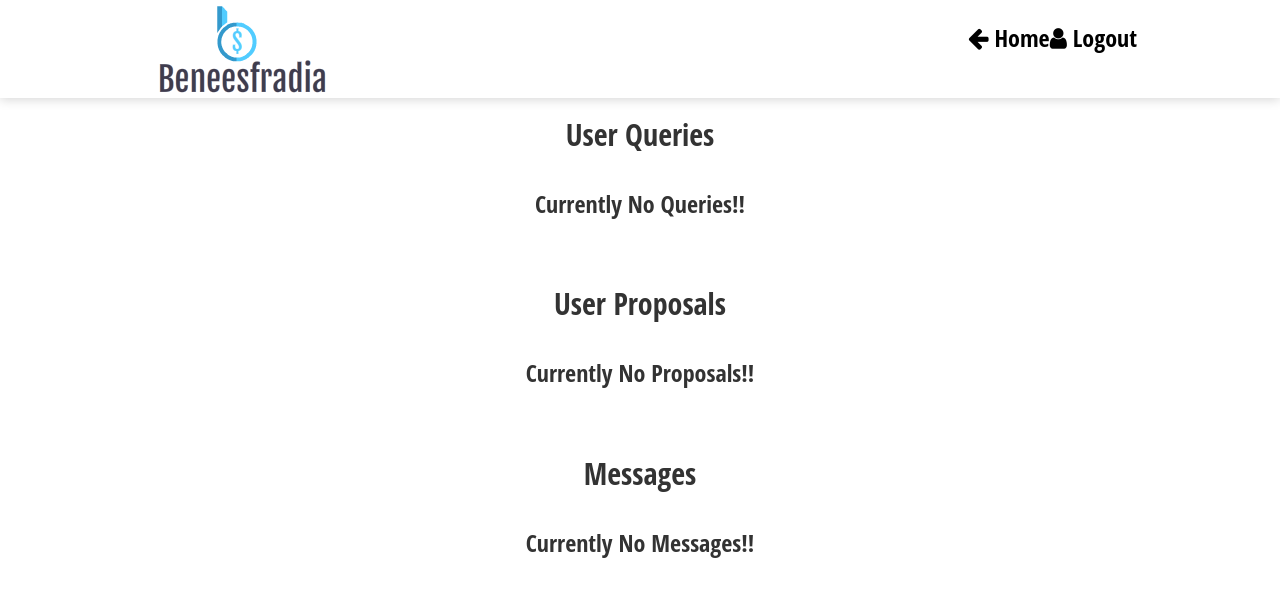
Repository: intkhabahmed/AcceleratedBootcampWebsites
Page: http://localhost/BeneesFradia/UI/profile.jsp
The author's editor kept a copy of each file at every save. The page is drawn from the files as they stood at one save, then again after the next save.
The browser window is 1280 px wide. The pictures show the whole page.
Some web fonts or font styles are not loaded; a fallback is used. The page is served by Tomcat 9. Nobody is signed in. The application's start-up code is not run. Other server files are loaded and not shown. The template is opened directly, without the code that normally fills it, so the values that code supplies are empty.

Above is the page before, as saved 2018-01-30 06:08:15.

### BeneesFradia/WebContent/UI/profile.jsp
<%@ page language="java" contentType="text/html; charset=ISO-8859-1"
    pageEncoding="ISO-8859-1"%>
<%@taglib uri="http://java.sun.com/jsp/jstl/core" prefix="c" %>
<%@taglib uri="http://java.sun.com/jstl/fmt" prefix="fmt" %>
<!DOCTYPE html PUBLIC "-//W3C//DTD HTML 4.01 Transitional//EN" "http://www.w3.org/TR/html4/loose.dtd">
<html>
<head>
	<meta http-equiv="Content-Type" content="text/html; charset=ISO-8859-1">
	<title>MyProfile</title>
	<meta name="viewport" content="width=device-width, initial-scale=1.0">
	<link rel="stylesheet" type="text/css" href="css/bootstrap.min.css">
	<link rel="stylesheet" type="text/css" href="css/font-awesome.min.css">
	<link rel="stylesheet" type="text/css" href="css/custom.css">
	<link href='https://fonts.googleapis.com/css?family=Open Sans Condensed:300' rel='stylesheet'>
</head>
<body>
	<div id="profile_logo_container">
		<div class="container">
			<div class="col-sm-6">
				<a id="profileLogo" href="index.html"><img src="images/logo.png" alt="BeneesFradia"></a>
			</div>
			<div class="col-sm-6">
				<ul class="nav navbar-nav navbar-right">
					<li><h3><a href="index.html" ><i class="fa fa-arrow-left"></i> Home</a></h3></li>
					<li><h3><a href="logout.html" ><i class="fa fa-user"></i> Logout</a></h3></li>
				</ul>
			</div>
		</div>
	</div>

<div class="container">
	<div class="row" id="QuerySection">
		<h2 align="center">User Queries</h2>
		<hr>
		<c:if test="${queries ne null}">
			<table class="table table-bordered">
			<tr>
				<th>Sender Name</th>
				<th>Query</th>
				<th>Query Date</th>
				<th>Answer</th>
			</tr>

			<c:forEach items="${queries}" var="q">
				<tr>
					<td>${q.sender}</td>
					<td>${q.query}</td>
					<td>${q.queryDate}</td>
					<td>
					<c:if test="${q.reply eq null }">
						<form action="replyQuery.html" method="post" id="queryReply_form">
							<div class="form-group">
								<input type="hidden" name="queryId" value="${q.queryId}" />
								<textarea class="form-control" rows="5" placeholder="Enter the answer here" name="reply"></textarea>
								<input type="submit" name="querySubmit_btn" class="form-control btn btn-info" />
							</div>
						</form>
					</c:if>
					<c:if test="${q.reply ne ''}">
						<span>${q.reply}</span>
					</c:if>
					</td>
				</tr>
			</c:forEach>
		</table>
		</c:if>
		<c:if test="${queries eq null}">
			<h3 class="text-center">Currently No Queries!!</h3>
		</c:if>
	</div>
	<hr>
	<div class="row" id="ProposalSection">
		<h2 class="text-center">User Proposals</h2>
		<hr>
		<c:if test="${proposals ne null}">
		<table class="table table-bordered">
			<tr>
				<th>Submitted By</th>
				<th>Proposal File Name</th>
				<th>Proposal Date</th>
				<th>Action</th>
			</tr>
			<c:forEach items="${proposals}" var="proposal">
				<tr>
					<td>${proposal.teamName}</td>
					<td>${proposal.fileName}</td>
					<td>${proposal.proposalDate}</td>
					<td><a href="downloadProposal.html?proposalId=${proposal.proposalId}" target="_blank"
					class="btn btn-info">Download</a></td>
				</tr>
			</c:forEach>
		</table>
		</c:if>
		<c:if test="${proposals eq null}">
			<h3 class="text-center">Currently No Proposals!!</h3>
		</c:if>
	</div>
	<hr>
	<div class="row" id="MessageSection">
		<h2 class="text-center">Messages</h2>
		<hr>
		<c:if test="${messages ne null}">
		<table class="table table-bordered">
			<tr>
				<th>Sent to</th>
				<th>Sent on</th>
				<th>Message</th>
			</tr>
			<c:forEach items="${messages}" var="message">
				<tr>
					<td>${message.receiver}</td>
					<td>${message.messageDate}</td>
					<td>${message.message}</td>
				</tr>
			</c:forEach>
		</table>
		</c:if>
		<c:if test="${messages eq null}">
			<h3 class="text-center">Currently No Messages!!</h3>
		</c:if>
	</div>
</div>
<c:if test="${successMessage ne null}">
<%-- 	<div class="alert alert-success" role="alert">"${successMessage}"</div> --%>
	<script>
		alert("${successMessage}");
	</script>
</c:if>
<script type="text/javascript" src="js/jquery-3.1.0.min.js"></script>
<script type="text/javascript" src="js/bootstrap.min.js"></script>
<script type="text/javascript" src="js/custom.js"></script>
</body>
</html>

### BeneesFradia/WebContent/css/custom.css
/****************************Common CSS**************************/
.padding-10x{
	padding: 10px;
}
.padding-5x{
	padding: 5px;
}
.padding-20x{
	padding: 20px;
}

.center{
	display: block;
	margin: 0 auto;
}
.no-margin {
	margin: 0;
}
.error {
	color: red;
}
#errorBlock{
	position: absolute;
	top: 15%;
	width: 100%;
}
body {
	font-family: Open Sans Condensed !important;
	font-size: 20px !important;
}
.dropdown-menu {
	font-size: 18px;
    background-color: #000;
    opacity: 0.7;
    border: 1px solid #ccc;
    border: 1px solid rgba(0,0,0,.15);
    border-radius: 0px;
    top: 110%;
}

.dropdown-menu li a:hover {
	color: #51ccf9;
	background: #000000;
	opacity: 1;
}
.dropdown> a{
	max-height: 36px;
}

input, button, .form-control, .btn {
	border-radius: 0px !important;
}

/***********************Index Page*********************************/
hr {
	border-top: none;
}
#home {
	padding-top: 94px;
}
#formContainer {
	border-radius: 15px;
	padding: 10px;
	z-index: 1;
}

#login_btn_cover {
	padding: 3px;
}

#homeBannerImage{
	min-height: 370px;
	z-index: 1;
}

@media screen and (min-width: 991px){
	.dropdown-menu li a{
		color: #ffffff;
	}
	.navbar-custom-fitting {
		width: 100%;
	}
	.container {
		max-width: 1024px;
	}

	.navbar-brand {
		padding: 10px !important;
		height: auto;
	}
	#main-nav {
		margin-top: 39px;
		height: 53px;
		padding-top: 30px;
	}
	nav> .container {
		height: 70px;
	}

	.carousel {
		width: 100%;

	}
	.carousel-inner>.item>img {
		width: 100%;
	}
	#loginWindow {
		width: 30vw;
		left: 35vw;
	}
	#uploadWindow {
		width: 40vw;
		left: 30vw;
	}
}

@media screen and (min-width: 768px) and (max-width: 990px){
	#main-nav {
		height: 40px;
		padding-top: 40px;
		margin-top: 30px;
	}

	.navbar-custom-fitting {
		width: 100%;
	}
	.navbar-brand {
		padding: 10px !important;
    	height: auto;
	}
	#login_button {
		margin-bottom: 2px;
		margin-left: 5px;
	}
	nav> .container {
		height: 92px;
	}
	.carousel {
		width: 100%;
		height: 60vh;
	}
	.carousel-inner>.item>img {
		width: 100%;
		height: 60vh;
	}
	.container {
		max-width: 100%;
		width: 100%;
	}
	#loginWindow {
		width: 40vw;
		left: 35vw;
	}
	#uploadWindow {
		left: 30vw;
		width: 40vw;
	}
}

@media screen and (max-width: 767px){
	nav> .container {
		padding: 2px;
		width: 100%;
		height: auto;
	}

	.navbar-custom-fitting {
		width: 100%;
	}
	.navbar-brand {
		padding: 0px 25px !important;
	}
	.navbar-header {
		height: 90px;
	}
	#main-nav {
		margin-top: 39px;
		background-color: #ffffff;
   	 	padding: 15px;

	}
	#login_button {
		margin: 5px 15px;
		cursor: pointer;
	}
	.carousel {
		width: 100%;
		height: 50vh;
		margin: 0 auto;
	}
	.carousel-inner>.item>img {
		width: 100%;
		height: 50vh;
	}
	.container {
		max-width: 100%;
		width: 100%;
	}
	#loginWindow {
		width: 100%;
	}
	#uploadWindow {
		width: 100%;
	}
	#shortcut_links .col-sm-4 img {
		display: block;
		margin: 5px auto;
		width: 100%;
	}
	.navbar-toggle {
		margin-top: 30px;
    	margin-right: 45px;
	}
}

.navbar-nav {
	font-size: 26px !important;
}

#login_button {
	cursor: pointer;
	margin-left: 5px;
}

.navbar-nav> .active a {
	border-bottom: 2px solid #00b1d7 ;
	color: #3399cc !important;
	background-color: transparent !important;
}

.navbar {
	border-radius: 0px;
}

.navbar-custom {
	background: #FFFFFF;
}

.navbar-nav a {
	transition: all 0.5s ease-in-out;
}

.contact-form-fields input {
	margin: 3px 0;

}

.navbar-nav a{
	color: #000000;
}

.navbar-custom-fitting {
	position: fixed;
	top: 0;
	z-index: 1030;
	box-shadow: -1px 1px 11px 0px #d2d2d2;
}

.navbar-nav>li>a {
	padding: 8px 15px !important;
}

/***********************UserProfile Page*********************************/
.navbar-toggle>.icon-bar {
	background-color: #000000;
}
.navbar-toggle {
	border-color: #000000;
}
.navbar-toggle:hover {
	border-color: #333333;
	background-color: #eeeeee;
}

/***********************Footer******************************************/
/*#footer{
	padding: 5px;
	width: 100%;
	background: #000;
	color: #fff;
	position: fixed;
	bottom: 0;
	min-height: 60px;
}*/

#footer footer{
	margin-top: 30px;
}

/***********************Error Page*********************************/
#errorBlock{
	position: absolute;
	top: 15%;
	width: 100%;
}

/***********************Login Modal View*********************************/
.overlay {
	position: fixed;
	top: 0;
	left: 0;
	width: 100%;
	opacity: 0.7;
	min-height: 100%;
	display: none;
	background-color: #000000;
	z-index: 1031;
	cursor: pointer;
}
#loginWindow {
	position: fixed;
	top: 25vh;
	z-index: 1032;
	opacity: 1;
	display: none;
	color: #ffffff;
	background-color: #00b1d7;
	padding: 10px;
}
#loginWindow a {
	color: #262525;
}

#uploadWindow {
	position: fixed;
	top: 25vh;
	z-index: 1032;
	opacity: 1;
	display: none;
	color: #ffffff;
	background-color: #00b1d7;
	padding: 10px;
}
#login_form input, #upload_form input, #queryReply_form input{
	margin: 10px 0;

}

textarea {
    resize: none;
}

#left-control-button, #right-control-button {
	padding-bottom: 5px;
	background-color: #ffffff;
	color: #000000;
}

#aboutus {
	padding: 10px;
	color: #262525;
}

#aboutus h2{
	color: #3399cc;
}
.carousel-control {
	top: 50%;
}
.carousel-control.left, .carousel-control.right {
	background-image: none;
	height: 10px
}

#downarrow {
	position: absolute;
	bottom: 40px;
	left: 50%;
	z-index: 1;
}


#contactus {
	background: url('../images/contactbg.png');
	color: #ffffff;
	width: 100%;
	padding: 10px;
}
#contactus form select, #contactus form textarea{
	background: transparent;
	color: #ffffff;
}
select option {
	background: transparent;
	color: #333333;
}
#contactus form .form-control {
	border-color: #919191;
	border-radius: 0px;
}
#contactus form select {
	margin: 5px 0;
}
#sendMail_btn {
	background: #00b1d7 !important;
	font-size: 26px;
	padding-top: 0px;
	color: #000000 !important;
	border: 0px;
}

#login_btn, #uploadSubmit_btn, input[type=submit], .btn {
	font-size: 26px;
	padding-top: 0px;
	color: #000000 !important;
	border: 0px;
}

#sendMail_btn:hover {
	color: #ffffff !important;
}

#login_btn:hover, #uploadSubmit_btn:hover, input[type=submit]:hover, .btn:hover {
	color: #ffffff !important;
}
.contactus_body {
	height: 298px;
}
.img-container {
	overflow: hidden;
    line-height: 1.42857143;
    background-color: #fff;
    max-width: 324px;
}

#profile_logo_container {
	box-shadow: 0px 1px 11px 0px #d2d2d2;
	padding: 5px;
	width: 100%;
}

### BeneesFradia/WebContent/js/custom.js
$(function(){
	$("nav a").click(function(){
		$('html, body').animate({
        scrollTop: $(this.hash).offset().top
    }, 1500);
    return false;
	});

	$("nav a").click(function(){
		$("nav li").removeClass("active");
		$(this).parent().addClass("active");
	});


	$(".overlay").on('click', function(){
		$(this).fadeOut();
		$("#loginWindow").fadeOut();
		$("#uploadWindow").fadeOut();
	});

	$("#uploadForm, #uploadForm_shortcut").on('click', function(){
		$(".overlay").fadeIn();
		$("#uploadWindow").fadeIn();
		return false;
	});

	$(".carousel-control.left").mouseenter(function(){
		$("#left-indicator img").attr("src", "images/leftarrow_ro.png");
	});
	$(".carousel-control.right").mouseenter(function(){
		$("#right-indicator img").attr("src", "images/rightarrow_ro.png");
	});

	$(".carousel-control.left").mouseleave(function(){
		$("#left-indicator img").attr("src", "images/leftarrow.png");
	});
	$(".carousel-control.right").mouseleave(function(){
		$("#right-indicator img").attr("src", "images/rightarrow.png");
	});

	$("#proposalSubmit_btn").bind('click', function(){
		var input = document.getElementById("fileInput");
		if(input.files[0].size >= 10485760){
			alert("File size should be less than 10MB");
			return false;
		}else{
			$("#upload_form").attr("action", "uploadFile.html");
			return true;
		}
	});

	$("#login_button img").mouseenter(function(){
		$(this).attr("src", "images/loginbtn_over.png");
	});
	$("#login_button img").mouseleave(function(){
		$(this).attr("src", "images/loginbtn.png");
	});

	$("#shortcut_links img").mouseleave(function(){
		$(this).css("transform", "scale(1)");
		$(this).css("transition", "all .5s ease-out");
	});

	$("#shortcut_links img").mouseenter(function(){
		$(this).css("transform", "scale(1.1)");
		$(this).css("transition", "all .5s ease-in");
	});

});
function showLoginPage(){
	$(".overlay").fadeIn();
	$("#loginWindow").fadeIn();
}

Loaded but not shown: BeneesFradia/WebContent/css/bootstrap.min.css (library); BeneesFradia/WebContent/css/font-awesome.min.css (library); BeneesFradia/WebContent/js/jquery-3.1.0.min.js (library); BeneesFradia/WebContent/js/bootstrap.min.js (library)

After the next save:
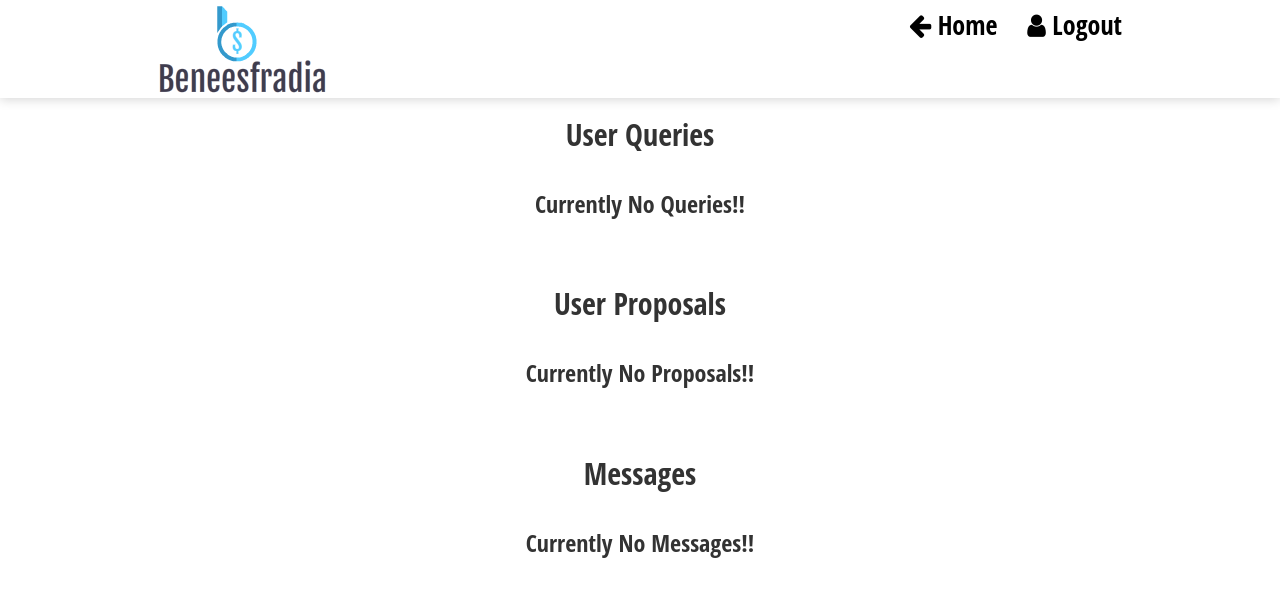
Saved 10 min 36 s later.
--- a/BeneesFradia/WebContent/UI/profile.jsp
+++ b/BeneesFradia/WebContent/UI/profile.jsp
@@ -21,8 +21,8 @@
 			</div>
 			<div class="col-sm-6">
 				<ul class="nav navbar-nav navbar-right">
-					<li><h3><a href="index.html" ><i class="fa fa-arrow-left"></i> Home</a></h3></li>
-					<li><h3><a href="logout.html" ><i class="fa fa-user"></i> Logout</a></h3></li>
+					<li><a href="index.html" ><i class="fa fa-arrow-left"></i> Home</a></li>
+					<li><a href="logout.html" ><i class="fa fa-user"></i> Logout</a></li>
 				</ul>
 			</div>
 		</div>
